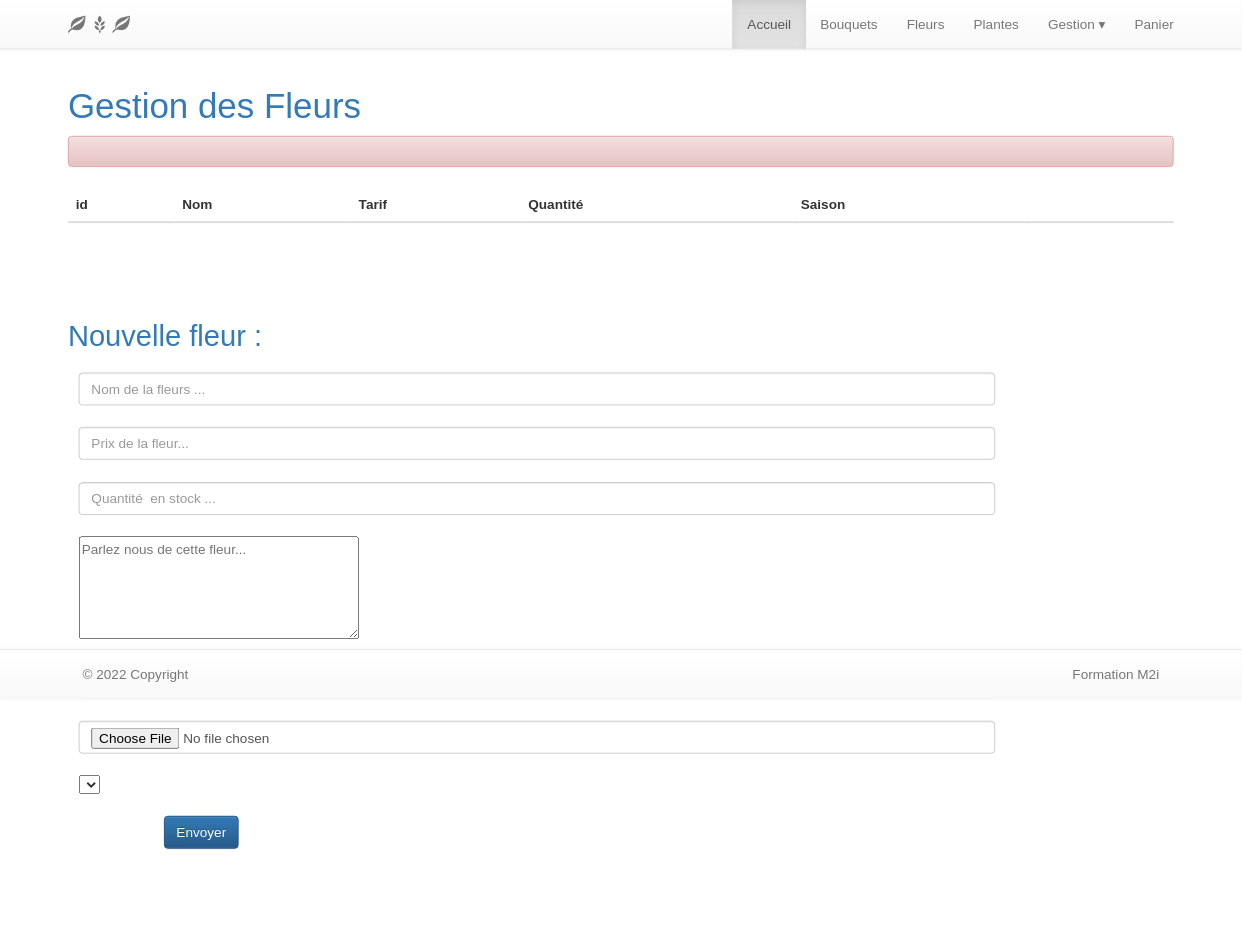
Repository: JeremT8/JavaFleuristeProject
Page: tp-fleuriste/src/main/webapp/bouquet-detail.html
These files come from the project's save history. The page is drawn as it stood at one moment and after the next save; the edit follows.
The browser window is 1280 px wide. The pictures show the whole page, at 97% of full size.
The page's requests for data from a server got no answer. Some web libraries are served in a nearby version.

Above is the page before, as saved 2022-05-17 09:43:33.

After the next save:
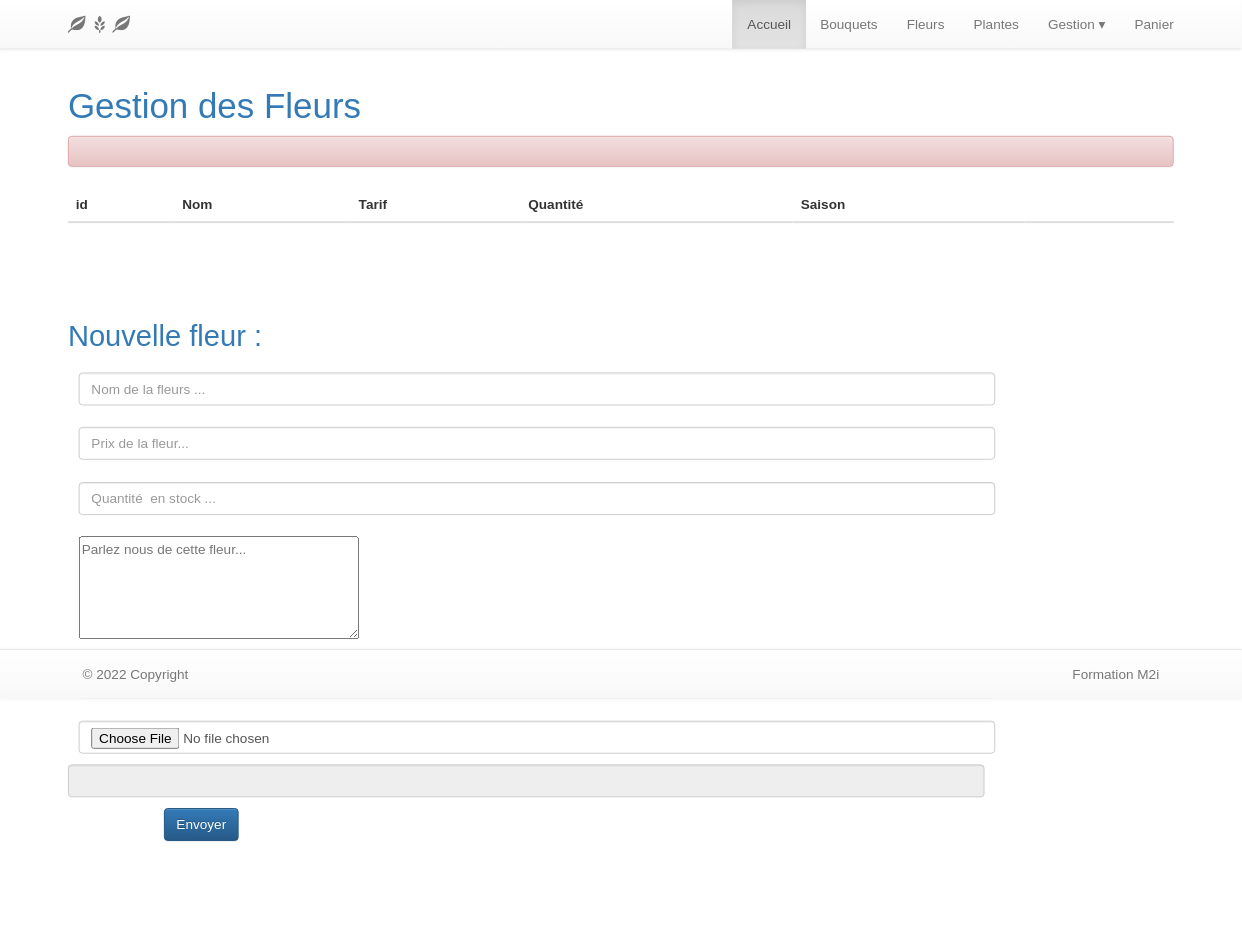
Saved 2 h 0 min later.
--- a/tp-fleuriste/src/main/webapp/bouquet-detail.html
+++ b/tp-fleuriste/src/main/webapp/bouquet-detail.html
@@ -118,9 +118,8 @@
 								placeholder="Importer l'image de la fleur" required
 								class="form-control" />
 					</div>
-					<div class="col-xs-10 input-form">
-						<select id="saisonFleurs">
-						</select>
+					<div class="col-xs-10">
+						<input id="saisons"  readonly    class="form-control" />
 					</div>
 
 					<div class="col-xs-2 input-form">
